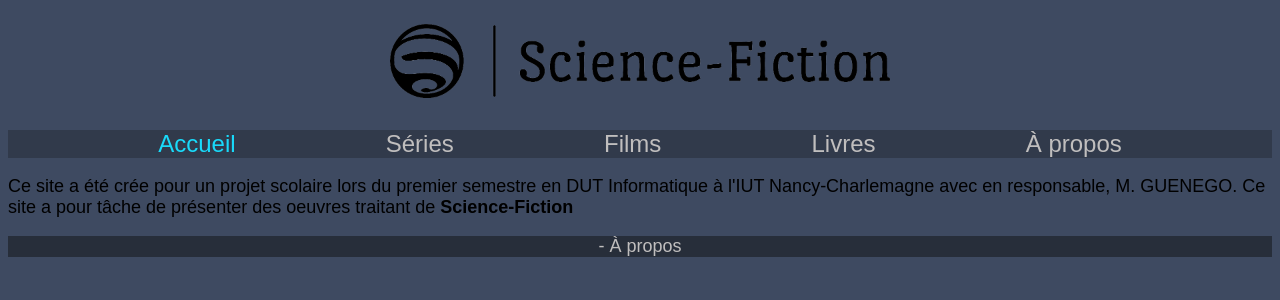
Repository: Emalios/Projet-Web
Page: index.html
The author's editor kept a copy of each file at every save. The page is drawn from the files as they stood at one save, then again after the next save.
The browser window is 1280 px wide. The pictures show the whole page.

Above is the page before, as saved 2020-11-11 18:09:23.

### index.html
<!DOCTYPE html>
<html lang="fr" dir="ltr">

<head>
  <meta charset="utf-8">
  <meta name="viewport" content="width=device-width, initial-scale=1.0">
  <title>Science-Fiction</title>
  <link rel="icon" href="images/small_icon.png" type="image/png">
  <link rel="stylesheet" href="css/common.css">
</head>

<body>
  <header>
    <img id="logo" src="images/logo_large.png" alt="logo de Science-fiction">
    <nav class="navbar">
      <a href="index.html" id="active" class="nav-link">Accueil</a>
      <a href="html/series.html" class="nav-link">Séries</a>
      <a href="html/films.html" class="nav-link">Films</a>
      <a href="html/livres.html" class="nav-link">Livres</a>
      <a href="html/a-propos.html" class="nav-link">À propos</a>
    </nav>
  </header>
  <main>
    <p>Ce site a été crée pour un projet scolaire lors du premier semestre en DUT Informatique à l'IUT Nancy-Charlemagne avec en responsable, M. GUENEGO.
      Ce site a pour tâche de présenter des oeuvres traitant de <b>Science-Fiction</b>
    </p>
  </main>
  <footer><a href="html/a-propos.html" class="footer-link">- À propos</a></footer>
</body>


</html>

### css/common.css
body {
  background-color: #3e4a61;
  font-size: 18px;
  font-family: "Source Sans Pro", sans-serif;
}

#logo {
  display: block;
  margin-left: auto;
  margin-right: auto;
  padding-top: 1rem;
  padding-bottom: 2rem;
  max-width: 500px;
}

ul {
  list-style: none outside none;
}

.navbar {
  font-size: 24px;
  display: flex;
  flex-wrap: wrap;
  justify-content: space-evenly;
  padding: 0;
  background-color: #313a4b;
}

.nav-link, .footer-link {
  text-decoration: none;
  color: #c0bebe;
}

.nav-link:hover {
  color: #19dafa;
}

#active {
  color: #19dafa !important;
}

#title {
  text-align: center;
  padding: 1rem;
}

footer {
  background-color: #272e3a;
  text-align: center;
}

@media all and (max-width: 700px) {
  #logo {
    display: block;
    margin-left: auto;
    margin-right: auto;
    padding-top: 1em;
    width: 85%;
    max-width: 500px;
  }

}

After the next save:
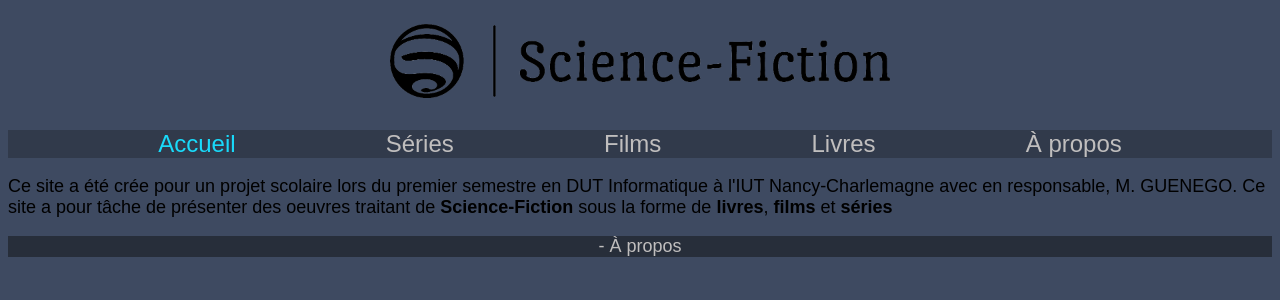
Saved 38 s later.
--- a/index.html
+++ b/index.html
@@ -22,7 +22,7 @@
   </header>
   <main>
     <p>Ce site a été crée pour un projet scolaire lors du premier semestre en DUT Informatique à l'IUT Nancy-Charlemagne avec en responsable, M. GUENEGO.
-      Ce site a pour tâche de présenter des oeuvres traitant de <b>Science-Fiction</b>
+      Ce site a pour tâche de présenter des oeuvres traitant de <b>Science-Fiction</b> sous la forme de <b>livres</b>, <b>films</b> et <b>séries</b>
     </p>
   </main>
   <footer><a href="html/a-propos.html" class="footer-link">- À propos</a></footer>
